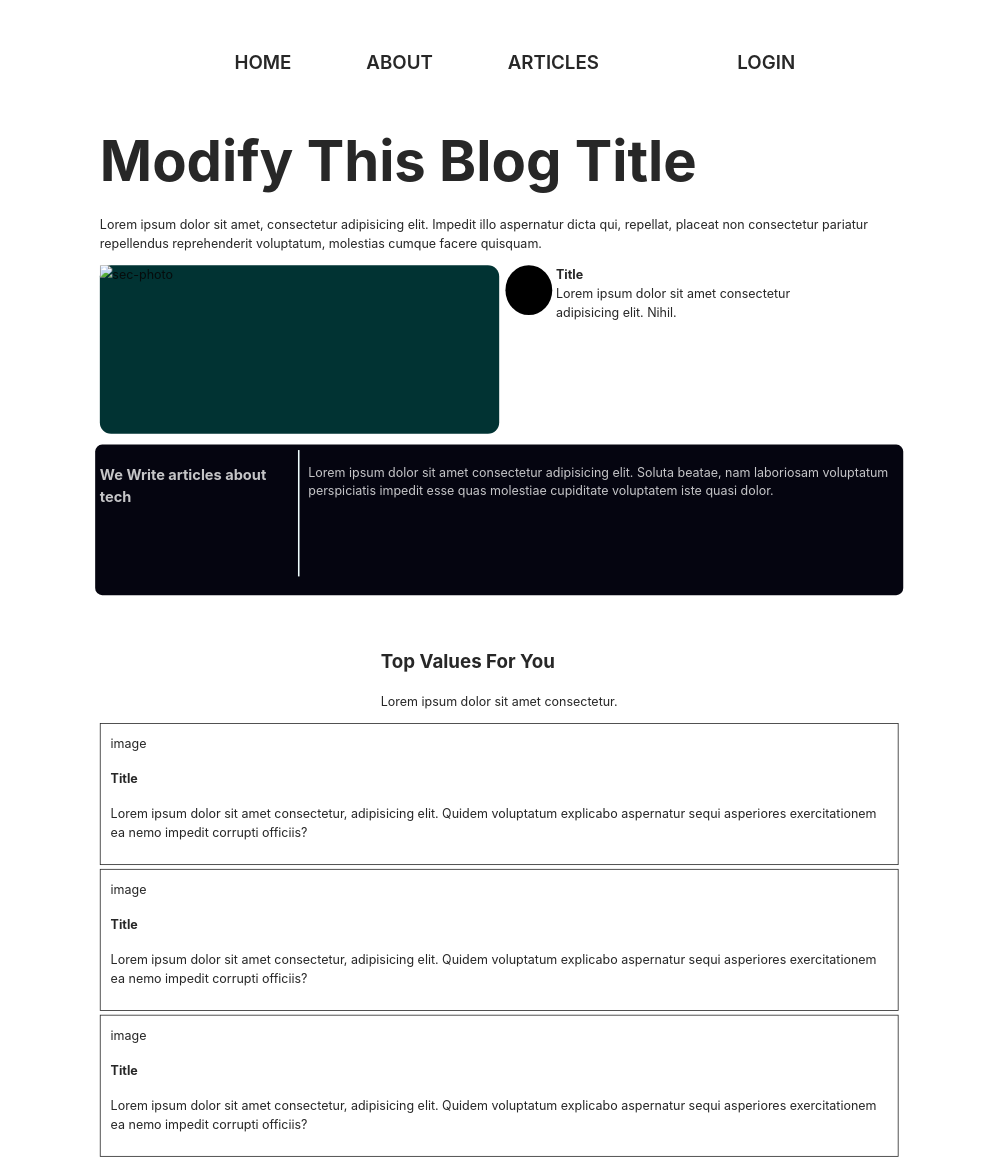
Repository: ValGrace/-static-site
Page: /home (app in client/)
An editor plug-in stored every save of this project. The page is shown before and after the next save, followed by the edit.
The browser window is 1280 px wide. The pictures show the whole page, at 78% of full size.
The project was rebuilt for these pictures with package versions that can differ from the ones it lists, and the page was loaded fresh each time. Also part of the build but not shown: client/vite.config.js, client/src/Utils/appwrite.js, client/src/Components/Inputs.css, client/src/Components/Login.jsx, client/src/Components/Signup.jsx.

Above is the page before, as saved 2023-02-05 13:27:13.

### client/src/main.jsx
import React from 'react'
import ReactDOM from 'react-dom/client'
import App from './App'
import './index.css'
import { BrowserRouter } from 'react-router-dom'
ReactDOM.createRoot(document.getElementById('root')).render(
  <React.StrictMode>
    <BrowserRouter>
    <App />
    </BrowserRouter>
  </React.StrictMode>,
)

### client/src/App.jsx
import PageRouter from './Routing/PageRouter'
import './App.css'

function App() {


  return (
    <div className="App">
      <PageRouter />
    </div>
  )
}

export default App

### client/src/index.css
:root {
  font-family: Inter, system-ui, Avenir, Helvetica, Arial, sans-serif;
  line-height: 1.5;
  font-weight: 400;

  color-scheme: light dark;
  color: rgba(7, 7, 7, 0.87);
  background-color: #ffffff;

  font-synthesis: none;
  text-rendering: optimizeLegibility;
  -webkit-font-smoothing: antialiased;
  -moz-osx-font-smoothing: grayscale;
  -webkit-text-size-adjust: 100%;
}

/* a {
  font-weight: 500;
  color: #646cff;
  text-decoration: inherit;
}
a:hover {
  color: #535bf2;
}

body {
  margin: 0;
  display: flex;
  place-items: center;
  min-width: 320px;
  min-height: 100vh;
}

h1 {
  font-size: 3.2em;
  line-height: 1.1;
}

button {
  border-radius: 8px;
  border: 1px solid transparent;
  padding: 0.6em 1.2em;
  font-size: 1em;
  font-weight: 500;
  font-family: inherit;
  background-color: #1a1a1a;
  cursor: pointer;
  transition: border-color 0.25s;
}
button:hover {
  border-color: #646cff;
}
button:focus,
button:focus-visible {
  outline: 4px auto -webkit-focus-ring-color;
}

@media (prefers-color-scheme: light) {
  :root {
    color: #213547;
    background-color: #ffffff;
  }
  a:hover {
    color: #747bff;
  }
  button {
    background-color: #f9f9f9;
  }
} */

### client/src/Routing/PageRouter.jsx
import Dashboard from "../Pages/Dashboard";
import HomePage from "../Pages/HomePage";
import { Routes, Route} from "react-router-dom"

const PageRouter = () => {
    return (
        <Routes>
            <Route path="/" element={<Dashboard />} />
            <Route path="/home" element={<HomePage />} />
        </Routes>
    )
}

export default PageRouter

### client/src/App.css
.App {
  display: flex;
  flex-direction: column;
  justify-content: center;
  align-items: center;
}

### client/src/Pages/Dashboard.jsx
import React, { useReducer} from 'react'
import Login from '../Components/Login'
import Signup from '../Components/Signup'
import "../Components/Inputs.css"
const initialState = {page : <Login />}
function reducer(state, action) {
    switch(action.type) {
        case 'loginpage':
          return { page: <Login />}
        case 'signuppage':
            return { page: <Signup />}
        default:
            return { page: <h2>Loading....</h2>}
    }
}
const Dashboard = () => {
    const [state, dispatch] = useReducer(reducer, initialState)
    return (
        <div className='dashboard'>
         <h2>Static Site Generator</h2>
         <div>Static site Image</div>
         <div className='dash' id='dash'>
            <div className='toggleForms'>
                <button onClick={() => dispatch({type: 'loginpage'})} className="type-btn">Login</button>
                <button onClick={() => dispatch({type: 'signuppage'})} className="type-btn">Signup</button>
                </div>
            <React.Fragment>{state.page}</React.Fragment>

            <button id="auth-btns">Login with Github account</button>
            <button id="auth-btns">Login with Google account</button>
         </div>
       </div>
    )
}

export default Dashboard

### client/src/Pages/HomePage.jsx
import Navbar from "../Components/Navbar"
import HomeSection from "../Components/HomeSection"
import TopSection from "../Components/TopSection"
const HomePage = () => {
    return (
        <>
         <Navbar />
         <TopSection />
         <HomeSection />
        </>
    )
}

export default HomePage

### client/src/Components/Navbar.jsx
import "./Navbar.css"
const Navbar = () => {
    return (
        <nav>
            <ul>
                <li>home</li>
                <li>about</li>
                <li>articles</li>
            </ul>
            <ul>
                <li>Login</li>
            </ul>
        </nav>
    )
}

export default Navbar

### client/src/Components/HomeSection.jsx
const HomeSection = () => {
   return (
    <>
    <div>
    <h2>Top Values For You</h2>
    <p>Lorem ipsum dolor sit amet consectetur.</p>
    </div>
    <div className="value-section">
        <div className="single-value">
            <div id="icon-section">image</div>
            <h4>Title</h4>
            <p>Lorem ipsum dolor sit amet consectetur, adipisicing elit. Quidem voluptatum explicabo aspernatur sequi asperiores exercitationem ea nemo impedit corrupti officiis?</p>
        </div>
        <div className="single-value">
            <div id="icon-section">image</div>
            <h4>Title</h4>
            <p>Lorem ipsum dolor sit amet consectetur, adipisicing elit. Quidem voluptatum explicabo aspernatur sequi asperiores exercitationem ea nemo impedit corrupti officiis?</p>
        </div>
        <div className="single-value">
            <div id="icon-section">image</div>
            <h4>Title</h4>
            <p>Lorem ipsum dolor sit amet consectetur, adipisicing elit. Quidem voluptatum explicabo aspernatur sequi asperiores exercitationem ea nemo impedit corrupti officiis?</p>
        </div>
    </div>
    </>
   )
}

export default HomeSection

### client/src/Components/TopSection.jsx
const TopSection = () => {
    return (
      <>
      <div className="top-text" id="top-text">
      <h2>Modify this blog title</h2>
      <p>Lorem ipsum dolor sit amet, consectetur adipisicing elit. Impedit illo aspernatur dicta qui, repellat, placeat non consectetur pariatur repellendus reprehenderit voluptatum, molestias cumque facere quisquam.</p>
      </div>
      <div className="head-section">
        <div className="head-img">
            <img src="" alt="sec-photo" />
        </div>
        <div className="side-section">
            <div className="side-img">
                <img src="" alt=""/>
            </div>
            <div className="side-blogs">
                <h4>Title</h4>
                <p>Lorem ipsum dolor sit amet consectetur adipisicing elit. Nihil.</p>
            </div>
        </div>
      </div>
      <div className="site-descr">
        <h3>We Write articles about tech</h3>
        <div className="site-sep"></div>
        <p>Lorem ipsum dolor sit amet consectetur adipisicing elit. Soluta beatae, nam laboriosam voluptatum perspiciatis impedit esse quas molestiae cupiditate voluptatem iste quasi dolor.</p>
      </div>
      </>
    )
}

export default TopSection

### client/src/Components/Navbar.css
nav {
    width: 70vw;
    height: 20vh;
    display: flex;
}

nav > ul{
  display: flex;
  flex-direction: row;
  text-transform: uppercase;
  list-style-type: none;
  justify-content: center;
  align-items: center;
  gap: 4em;
  font-weight: 600;
  font-size: 1.5rem;
  flex-grow: 1;
}

#top-text {
    width: 80vw;
}

#top-text > h2 {
    font-size: 4.5rem;
    text-transform: capitalize;
    margin: 0;
    /* float: left; */
}

#top-text > p {
    float: right;

}

.head-section {
    display: flex;
    width: 80vw;
    gap: 0.5em;
    flex-wrap: wrap;
}

.head-img {
    background-color: rgb(1, 51, 51);
    width: 50%;
    border-radius: 0.9em;
    height: 30vh;
}

.side-section {
    display: flex;
    flex-direction: row;
    gap: 0.3rem;
    width: 40%;
}

.side-img {
    background-color: black;
    width: 5rem;
    height: 4rem;
    border-radius: 50%;
}

.side-blogs > h4, .side-blogs > p {
    margin: 0;
}

.site-descr {
    width: 80vw;
    background-color: rgba(1, 1, 12, 0.979);
    color: rgba(255, 255, 255, 0.767);
    border-radius: 9px;
    margin-top: 0.9rem;
    display: flex;
    /* gap: 0.4rem; */
    padding: 0.4rem;
    height: 25vh;
    margin-bottom: 3em;
}

.site-descr > p {
    width: 75%;
}
.site-sep {
    width: 0.1rem;
    height: 90%;
    background-color: azure;
    margin-right: 0.7rem;
}


.value-section {
   width: 80vw;
    display: flex;
    gap: 0.3rem;
    flex-wrap: wrap;
}

.single-value {
    border: 0.9px solid rgba(0, 0, 0, 0.87);
    padding: 0.8em;
}

Loaded but not shown: client/index.html (common file)

After the next save:
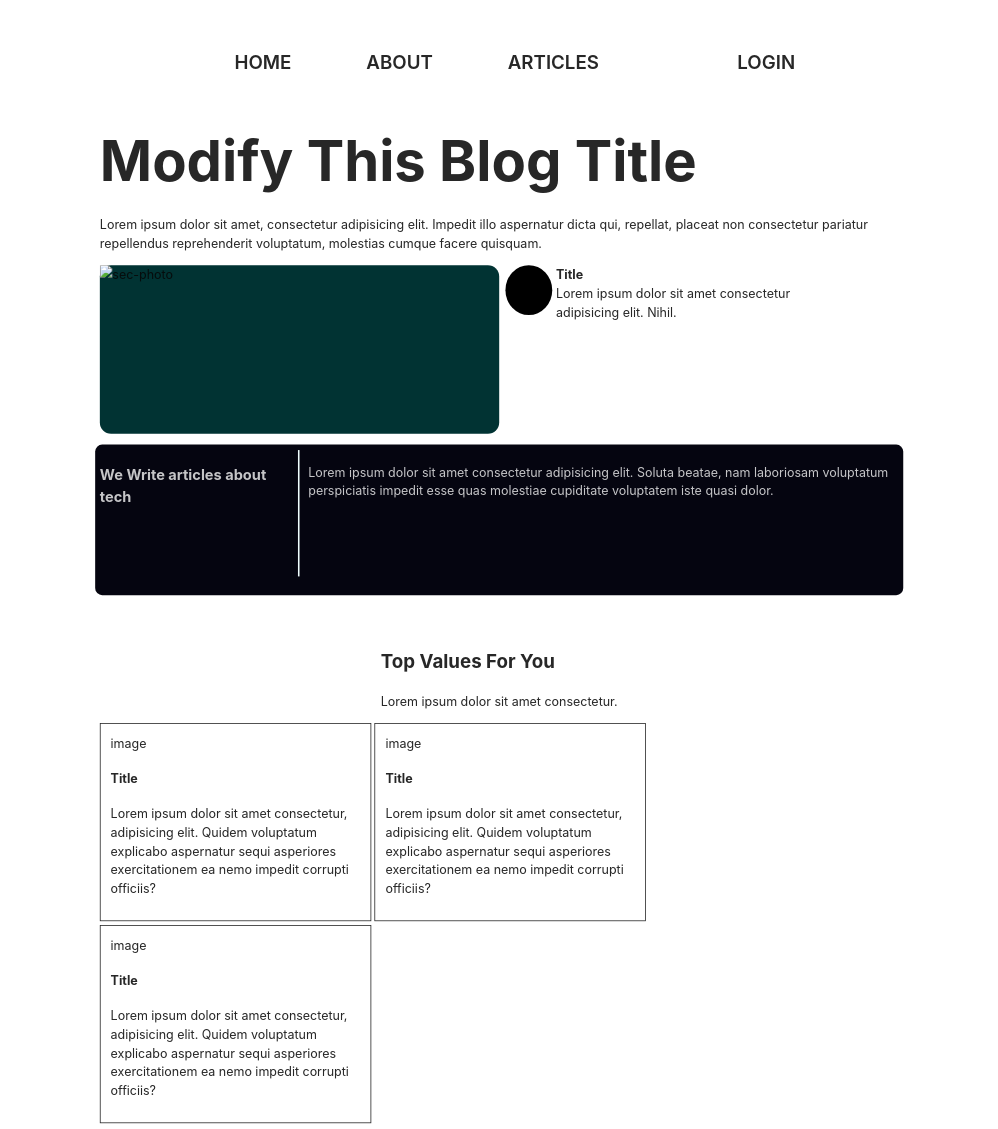
Saved 101 s later.
--- a/client/src/Components/Navbar.css
+++ b/client/src/Components/Navbar.css
@@ -99,4 +99,5 @@ nav > ul{
 .single-value {
     border: 0.9px solid rgba(0, 0, 0, 0.87);
     padding: 0.8em;
+    width: 20rem;
 }
